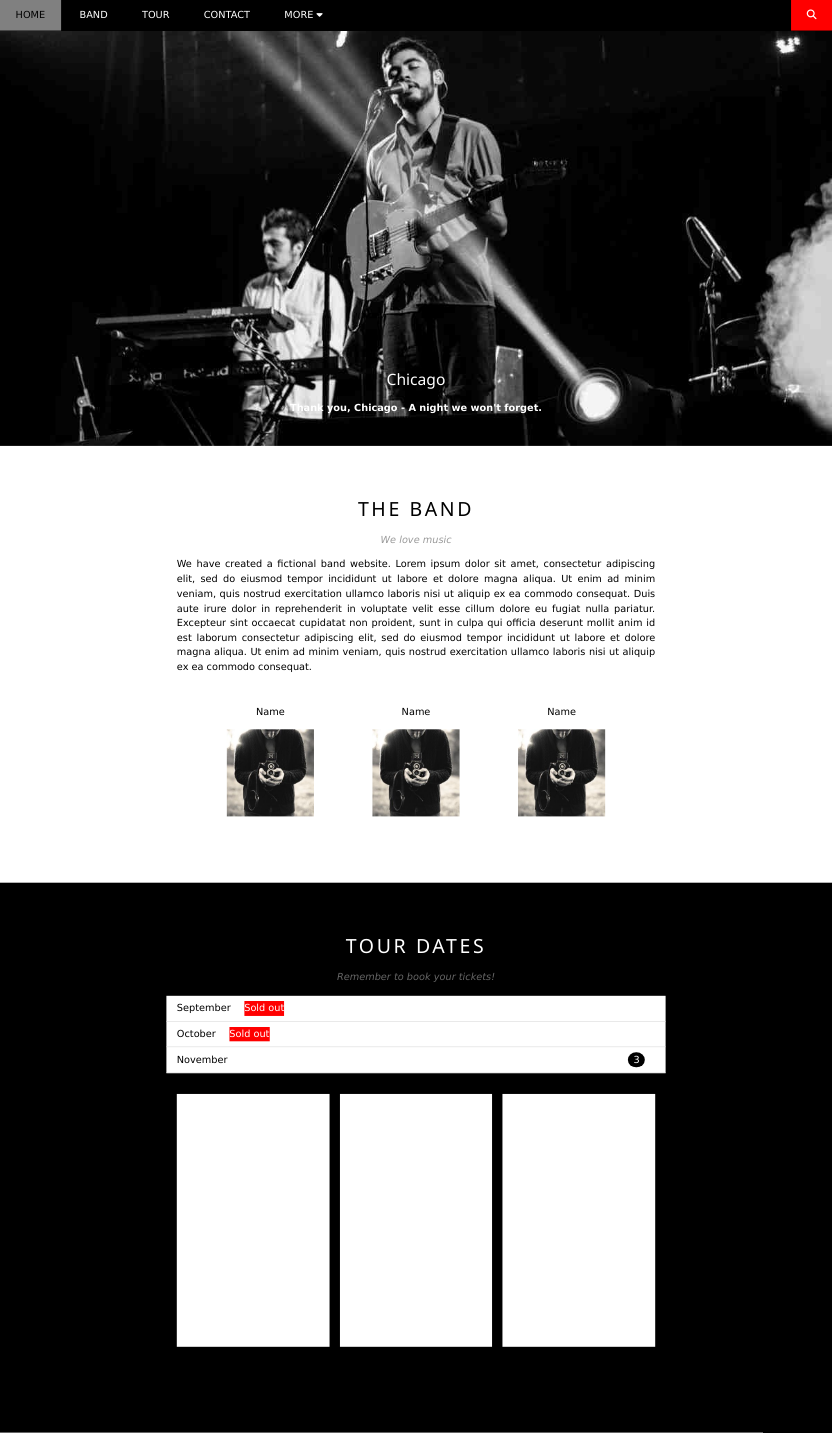
Repository: ngotranphuongbao/theband
Page: index.html
The author's editor kept a copy of each file at every save. The page is drawn from the files as they stood at one save, then again after the next save.
The browser window is 1280 px wide. The pictures show the whole page, at 65% of full size.
Some web libraries are served in a nearby version.

Above is the page before, as saved 2022-12-22 06:16:21.

After the next save:
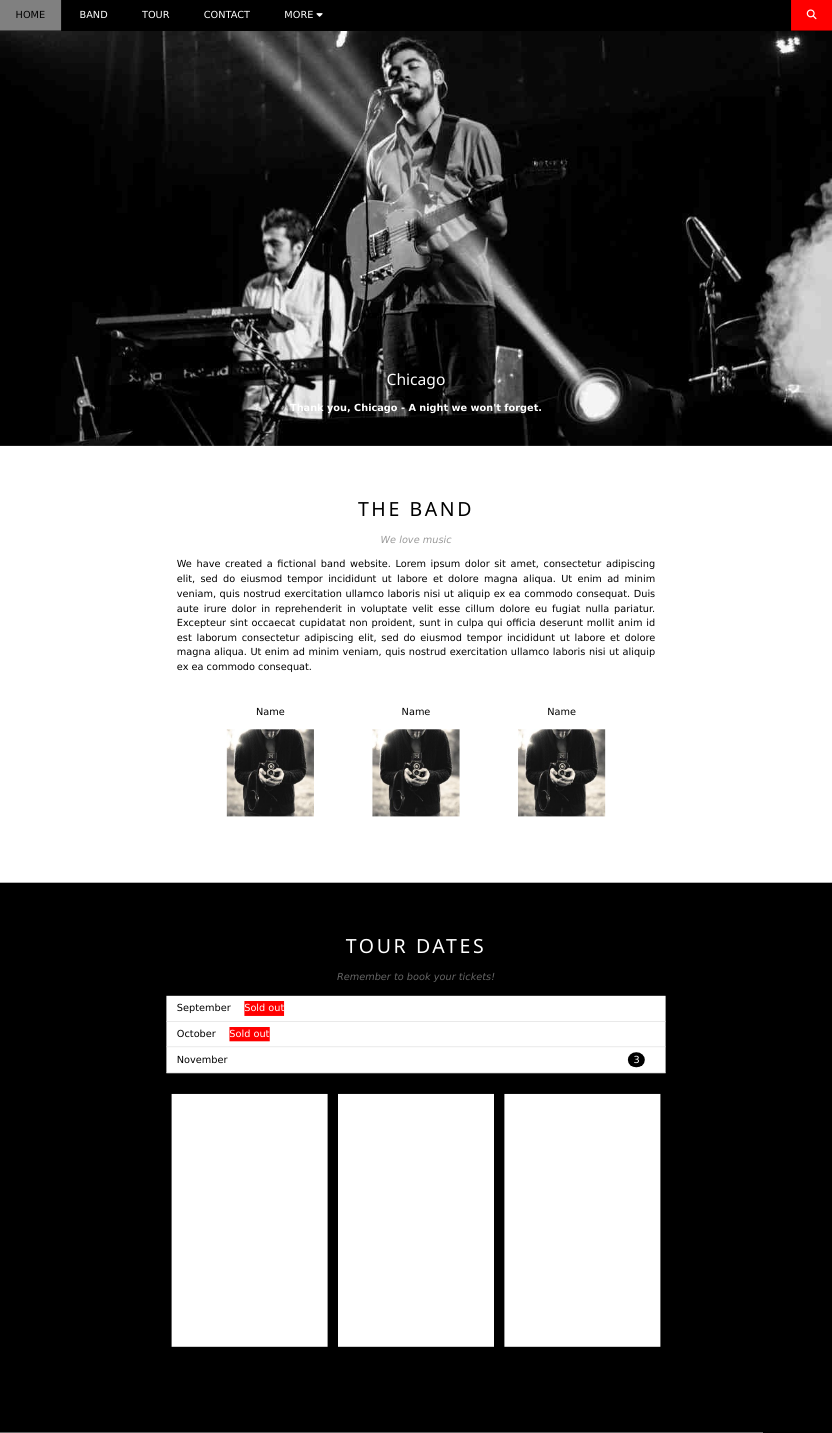
Saved 58 s later.
--- a/assets/css/style.css
+++ b/assets/css/style.css
@@ -221,6 +221,8 @@ html {
 #location {
     height: 469px;
     padding: 32px 8px;
+    margin-left: -8px;
+    margin-right: -8px;
 }
 
 .location-infor {

After the save that followed:
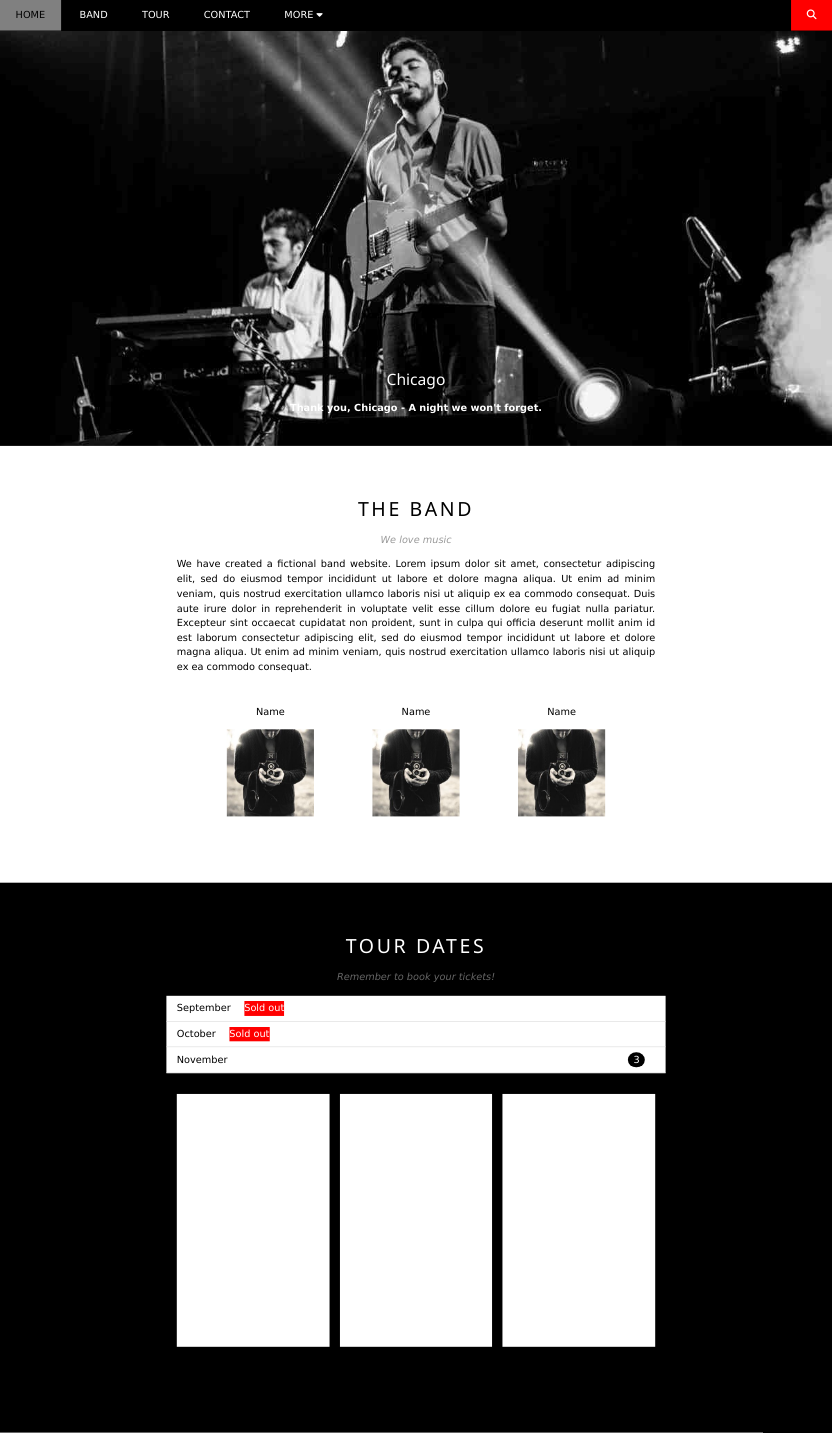
Saved 28 s later.
--- a/assets/css/style.css
+++ b/assets/css/style.css
@@ -221,8 +221,6 @@ html {
 #location {
     height: 469px;
     padding: 32px 8px;
-    margin-left: -8px;
-    margin-right: -8px;
 }
 
 .location-infor {
